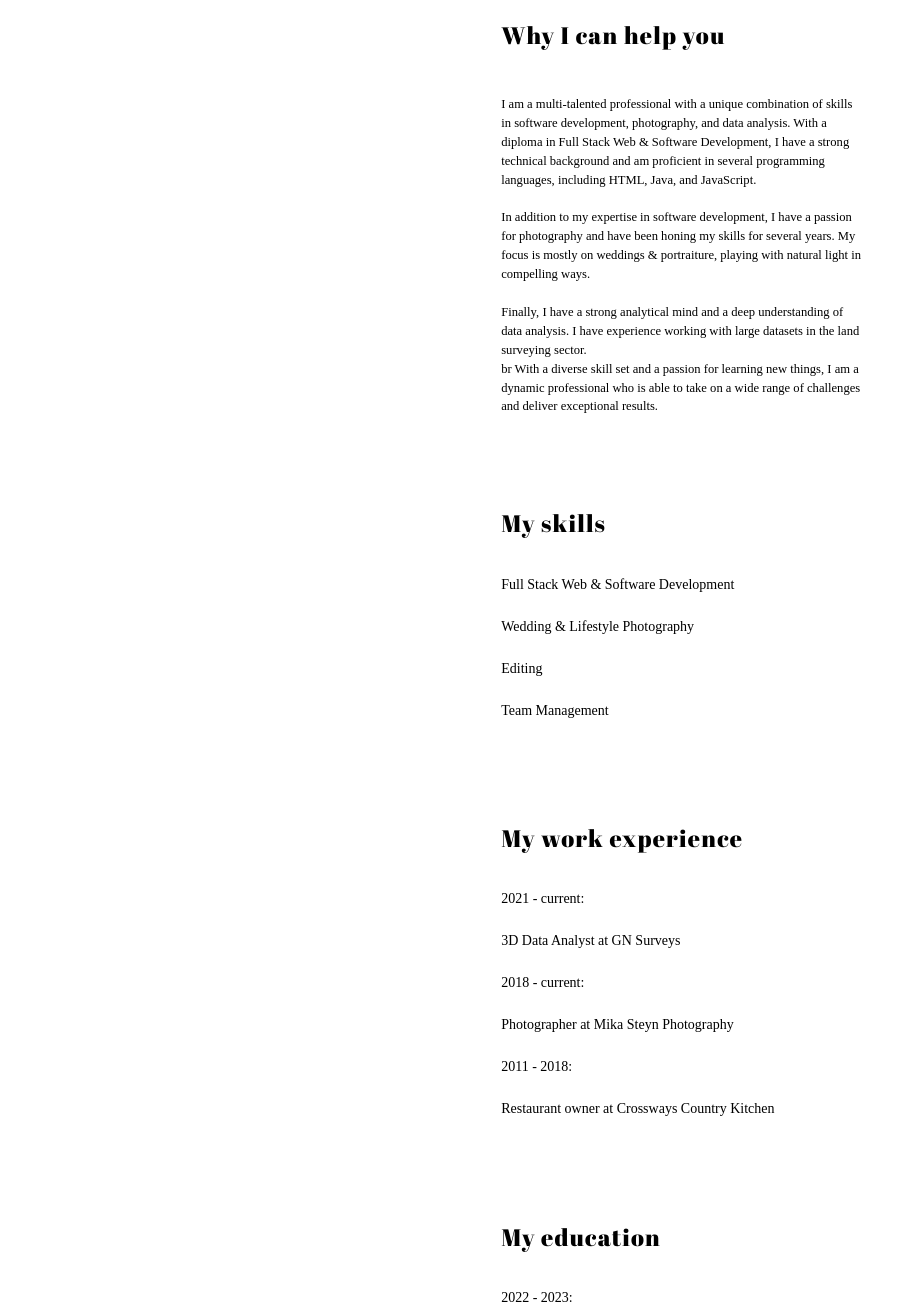
Repository: mikasteyn999/My-CV-Website
Page: index.html
The author's editor kept a copy of each file at every save. The page is drawn from the files as they stood at one save, then again after the next save.
The browser window is 1280 px wide. The page is 1312 px wide, so the pictures cover 1312 px, including what lies to the right of the window. The pictures show the part of the page from y = 735 to 2615 px (the page is 4085 px tall before and 4205 px after), at 70% of full size.
Some web fonts or font styles are not loaded; a fallback is used.

Above is the page before, as saved 2023-06-04 12:18:14.

After the next save:
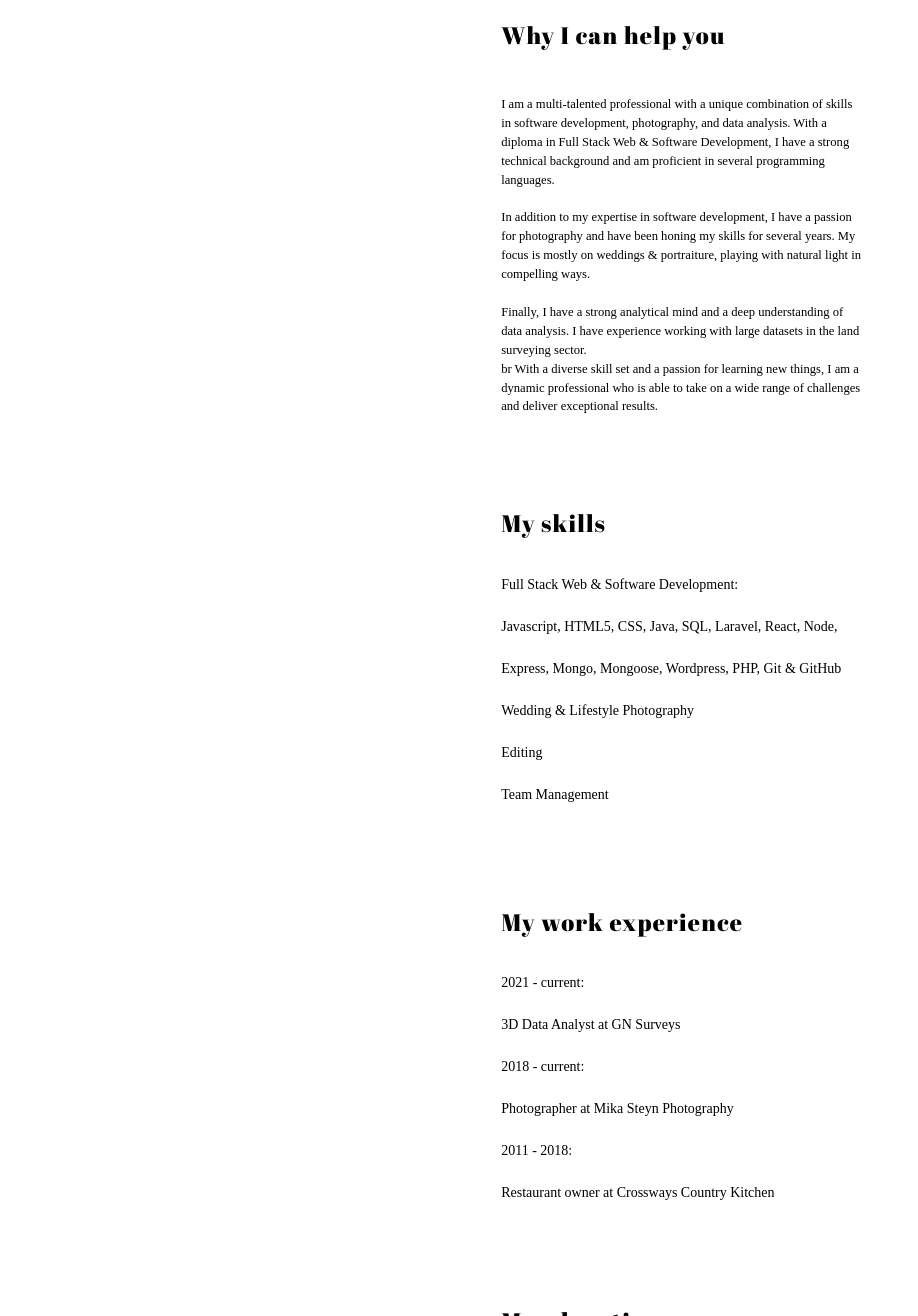
Saved 6 min 58 s later.
--- a/index.html
+++ b/index.html
@@ -30,7 +30,7 @@
                 <section id="about">
                     <h3>Why I can help you</h3>
                     <br>
-                    <p>I am a multi-talented professional with a unique combination of skills in software development, photography, and data analysis. With a diploma in Full Stack Web & Software Development, I have a strong technical background and am proficient in several programming languages, including HTML, Java, and JavaScript.
+                    <p>I am a multi-talented professional with a unique combination of skills in software development, photography, and data analysis. With a diploma in Full Stack Web & Software Development, I have a strong technical background and am proficient in several programming languages.
                         <br>
                         <br>
                         In addition to my expertise in software development, I have a passion for photography and have been honing my skills for several years. My focus is mostly on weddings & portraiture, playing with natural light in compelling ways.
@@ -46,7 +46,9 @@
                     <h3>My skills</h3>
                     <!-- SKILLS LIST -->
                     <ul class="skills-list">
-                        <li>Full Stack Web & Software Development</li>
+                        <li>Full Stack Web & Software Development:
+                            <br>Javascript, HTML5, CSS, Java, SQL, Laravel, React, Node, Express, Mongo, Mongoose, Wordpress, PHP, Git & GitHub
+                        </li>
                         <li>Wedding & Lifestyle Photography</li>
                         <li>Editing</li>
                         <li>Team Management</li>
